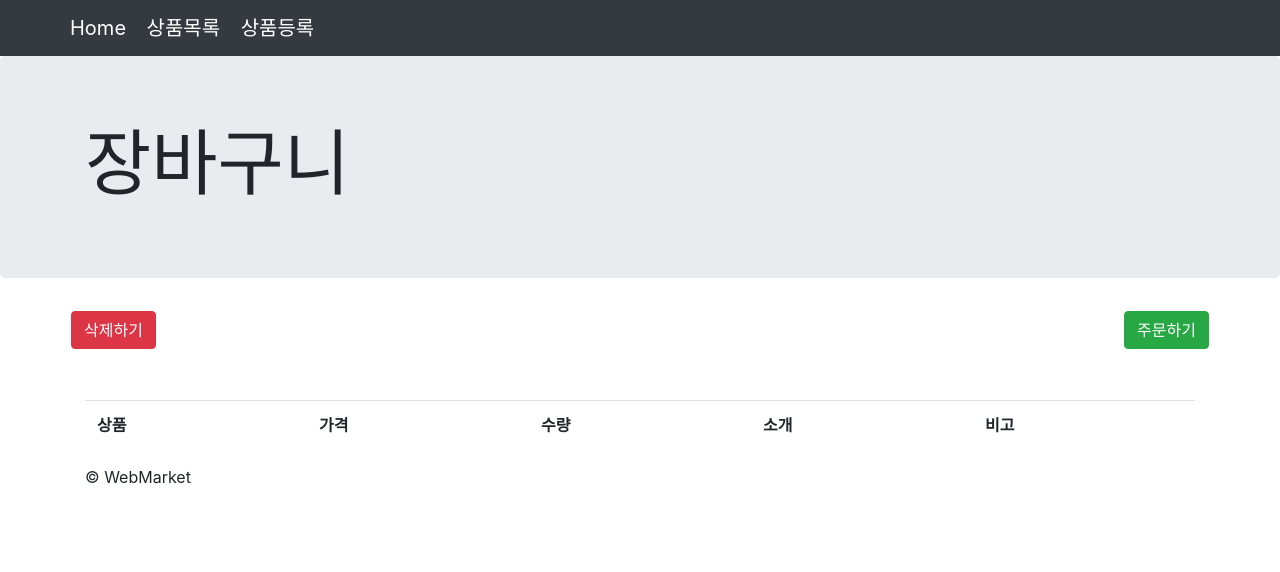
Repository: davisbyun/ai
Page: http://localhost/WebMarket/cart.jsp
The author's editor kept a copy of each file at every save. The page is drawn from the files as they stood at one save, then again after the next save.
The browser window is 1280 px wide. The pictures show the whole page.
The page is served by Tomcat 9.

Above is the page before, as saved 2024-01-24 05:52:41.

After the next save:
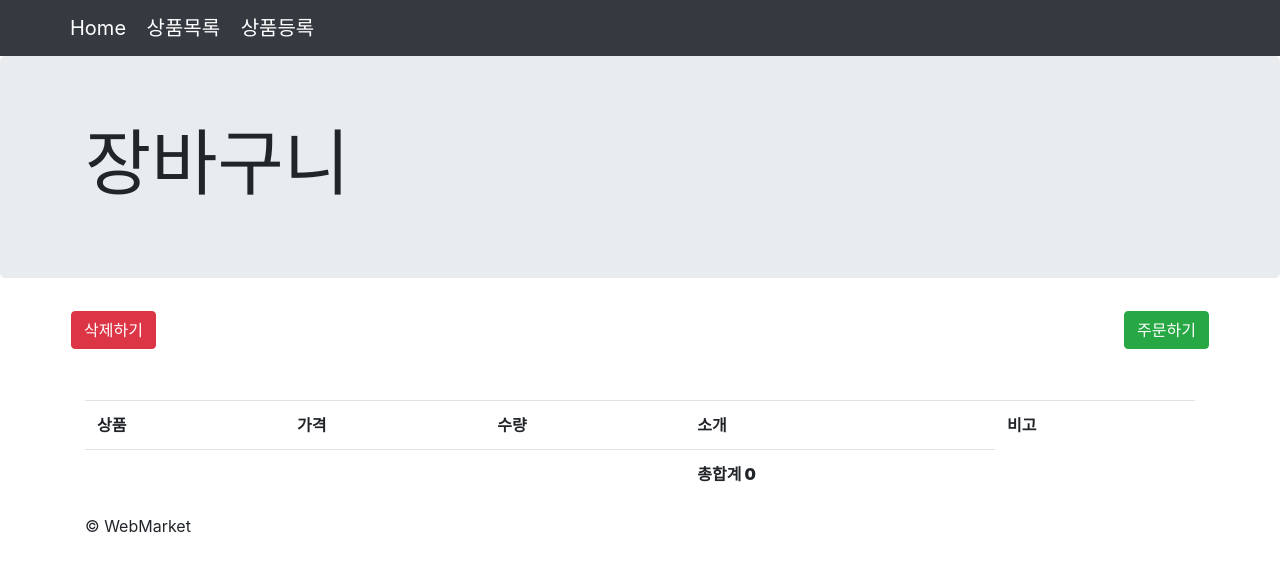
Saved 5 min 29 s later.
--- a/WebMarket/src/main/webapp/cart.jsp
+++ b/WebMarket/src/main/webapp/cart.jsp
@@ -59,7 +59,9 @@
     	<%
     	 } //for문의 끝
     	%>
-
+    	<tr>
+    	<th></th> <th></th> <th></th> <th> <b> 총합계 <%= sum %> </b> </th>
+    	</tr>
     	</table>
     </div>
 
